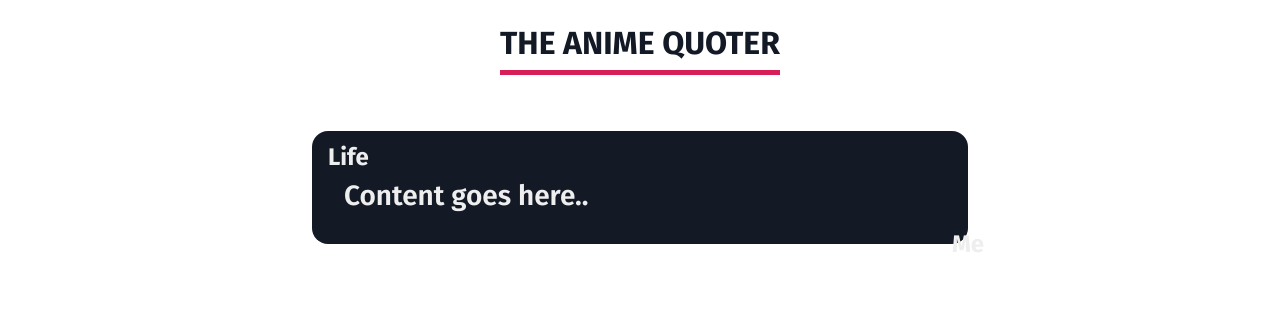
Repository: kate30980/quote-generator-vuejs
Page: /
The author's editor kept a copy of each file at every save. The page is drawn from the files as they stood at one save, then again after the next save.
The browser window is 1280 px wide. The pictures show the whole page.
The project was rebuilt for these pictures with package versions that can differ from the ones it lists, and the page was loaded fresh each time.

Above is the page before, as saved 2021-08-24 12:01:39.

After the next save:
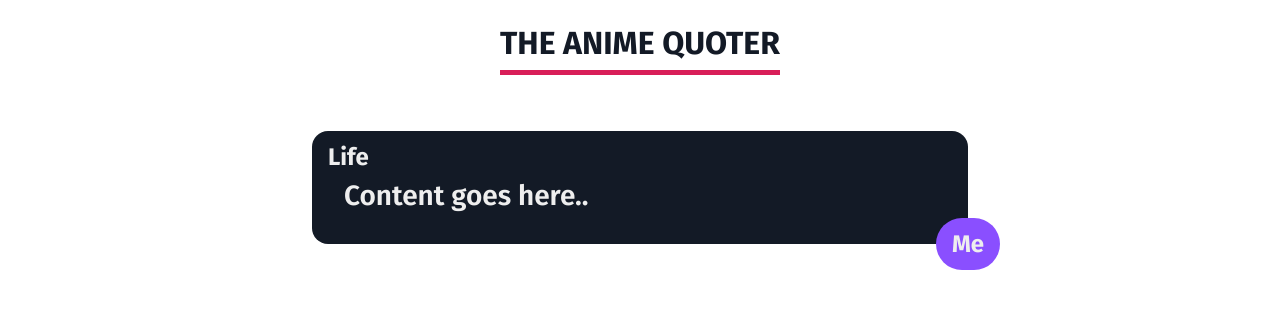
Saved 32 s later.
--- a/src/components/Quote.vue
+++ b/src/components/Quote.vue
@@ -54,5 +54,6 @@ export default {
 .quote-author{
     top: calc(100% - 32px);right: 0;
     transform: translateY(-50%);
+    background-color: var(--secondary);
 }
 </style>
